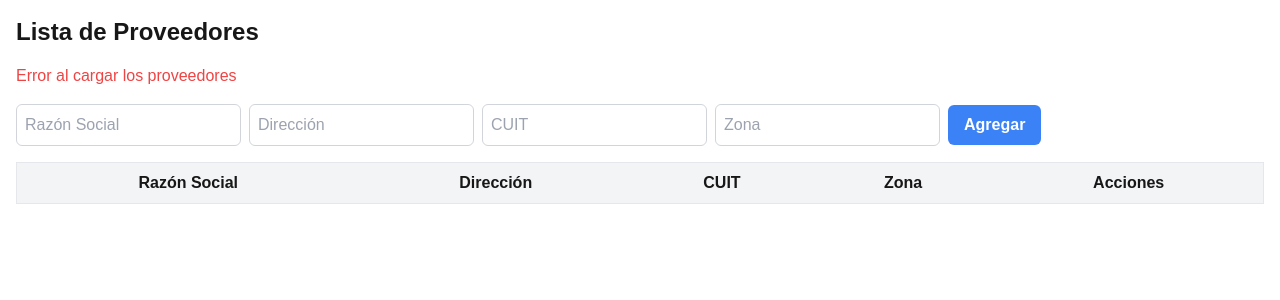
Repository: manucavallera/Sistema-Gestion
Page: /proveedores
These files come from the project's save history. The page is drawn as it stood at one moment and after the next save; the edit follows.
The browser window is 1280 px wide. The pictures show the whole page.
The page's requests for data from a server got no answer. The project was rebuilt for these pictures with package versions that can differ from the ones it lists, and the page was loaded fresh each time. The framework's server and built-in components were replaced by stand-ins that run in the browser. No one was signed in, and anything a server would have sent is missing. Also part of the build but not shown: next.config.mjs.

Above is the page before, as saved 2024-11-07 10:27:02.

After the next save:
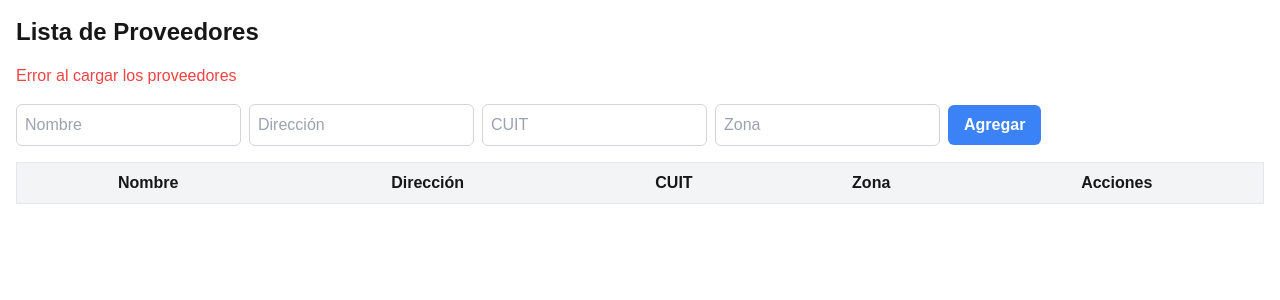
Saved 5 min 19 s later.
--- a/src/app/proveedores/page.tsx
+++ b/src/app/proveedores/page.tsx
@@ -10,7 +10,7 @@ import {
 // Definir el tipo para un proveedor
 interface Proveedor {
   id: number;
-  razonSocial: string;
+  nombre: string; // Cambié de razonSocial a nombre
   direccion: string;
   cuit: string;
   zona: string;
@@ -19,7 +19,7 @@ interface Proveedor {
 const ProveedoresPage: React.FC = (): JSX.Element => {
   const [proveedores, setProveedores] = useState<Proveedor[]>([]);
   const [nuevoProveedor, setNuevoProveedor] = useState<Omit<Proveedor, "id">>({
-    razonSocial: "",
+    nombre: "",
     direccion: "",
     cuit: "",
     zona: "",
@@ -54,7 +54,7 @@ const ProveedoresPage: React.FC = (): JSX.Element => {
   // Función para guardar un proveedor nuevo o editado
   const guardarProveedor = async () => {
     if (
-      nuevoProveedor.razonSocial &&
+      nuevoProveedor.nombre && // Cambié razonSocial por nombre
       nuevoProveedor.direccion &&
       esCuitValido(nuevoProveedor.cuit) &&
       nuevoProveedor.zona
@@ -82,12 +82,7 @@ const ProveedoresPage: React.FC = (): JSX.Element => {
         }
 
         // Reiniciar el formulario
-        setNuevoProveedor({
-          razonSocial: "",
-          direccion: "",
-          cuit: "",
-          zona: "",
-        });
+        setNuevoProveedor({ nombre: "", direccion: "", cuit: "", zona: "" });
         setProveedorEditando(null);
       } catch (err) {
         setError("Error al guardar el proveedor");
@@ -127,13 +122,11 @@ const ProveedoresPage: React.FC = (): JSX.Element => {
       <div className='mb-4'>
         <input
           type='text'
-          placeholder='Razón Social'
-          value={nuevoProveedor.razonSocial}
-          onChange={(e) =>
-            setNuevoProveedor({
-              ...nuevoProveedor,
-              razonSocial: e.target.value,
-            })
+          placeholder='Nombre'
+          value={nuevoProveedor.nombre} // Cambié razonSocial por nombre
+          onChange={
+            (e) =>
+              setNuevoProveedor({ ...nuevoProveedor, nombre: e.target.value }) // Cambié razonSocial por nombre
           }
           className='border border-gray-300 p-2 mr-2 rounded-md focus:outline-none focus:ring-2 focus:ring-blue-400'
         />
@@ -174,7 +167,8 @@ const ProveedoresPage: React.FC = (): JSX.Element => {
       <table className='min-w-full border border-gray-200'>
         <thead>
           <tr className='bg-gray-100'>
-            <th className='px-4 py-2'>Razón Social</th>
+            <th className='px-4 py-2'>Nombre</th>{" "}
+            {/* Cambié Razón Social por Nombre */}
             <th className='px-4 py-2'>Dirección</th>
             <th className='px-4 py-2'>CUIT</th>
             <th className='px-4 py-2'>Zona</th>
@@ -184,7 +178,8 @@ const ProveedoresPage: React.FC = (): JSX.Element => {
         <tbody>
           {proveedores.map((proveedor) => (
             <tr key={proveedor.id} className='hover:bg-gray-50'>
-              <td className='px-4 py-2'>{proveedor.razonSocial}</td>
+              <td className='px-4 py-2'>{proveedor.nombre}</td>{" "}
+              {/* Cambié Razón Social por Nombre */}
               <td className='px-4 py-2'>{proveedor.direccion}</td>
               <td className='px-4 py-2'>{proveedor.cuit}</td>
               <td className='px-4 py-2'>{proveedor.zona}</td>
